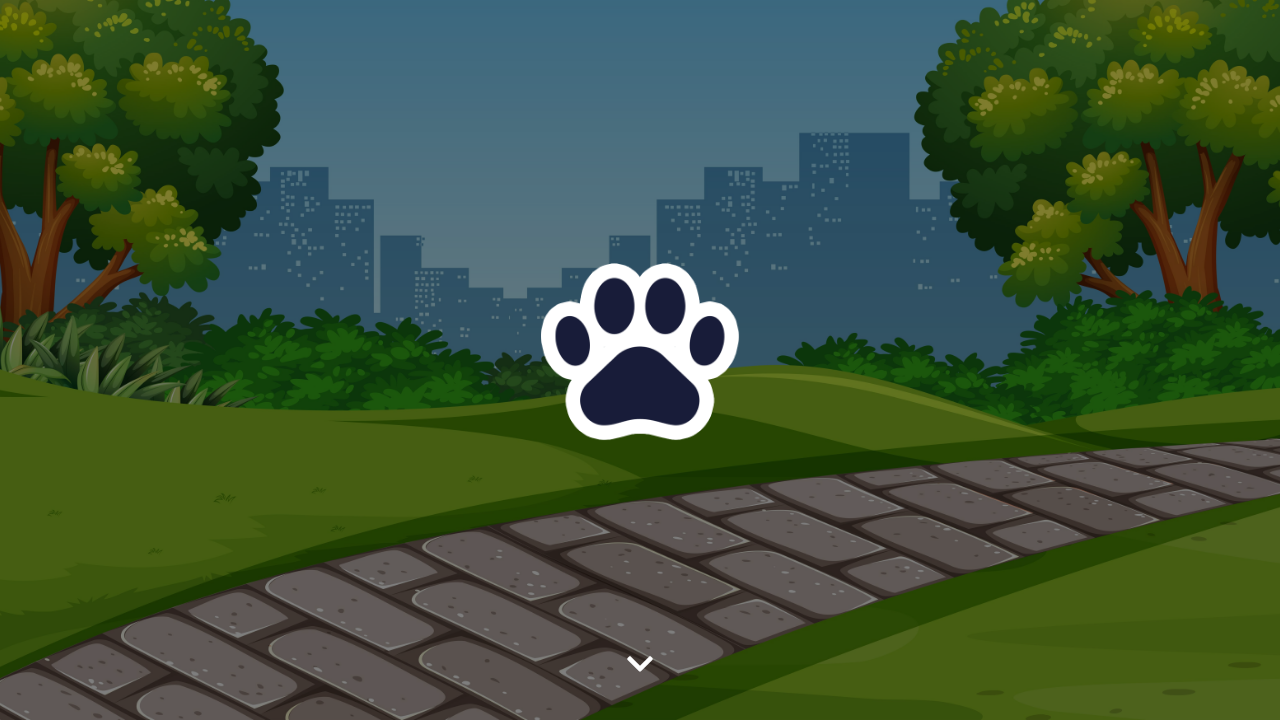
Repository: Emanuele-Sgroi/Pawfect-Diet-App-Showcase
Page: /
These files come from the project's save history. The page is drawn as it stood at one moment and after the next save; the edit follows.
The browser window is 1280 px wide. The pictures show the whole page.
The project was rebuilt for these pictures with package versions that can differ from the ones it lists, and the page was loaded fresh each time. The framework's server and built-in components were replaced by stand-ins that run in the browser. Also part of the build but not shown: next.config.mjs.

Above is the page before, as saved 2025-04-18 13:05:20.

### src/app/page.js
import HeroSection from "@/components/HeroSection";

export default function Home() {
  return (
    <main>
      <HeroSection />
    </main>
  );
}

### src/components/HeroSection.js
"use client";

import Image from "next/image";
import { Link as ScrollLink } from "react-scroll";
import { FaChevronDown } from "react-icons/fa";
import images from "@/utils/importImages";

export default function HeroSection() {
  return (
    <section
      id="hero"
      className="relative h-screen w-full flex flex-col justify-center items-center text-white"
    >
      {/* Background Image */}
      <Image
        src={images.hero_bg}
        alt="Hero Background"
        fill
        className="object-cover"
        priority
      />

      {/* Overlay */}
      <div className="absolute inset-0 bg-black/50 z-10" />

      {/* Centered Logo */}
      <div className="z-20 flex flex-col items-center">
        <Image
          src={images.logo_white}
          alt="App Logo"
          width={200}
          height={200}
          className="mb-4"
        />
      </div>

      {/* Scroll Arrow */}
      <ScrollLink
        to="about"
        smooth={true}
        duration={500}
        className="absolute bottom-10 z-20 cursor-pointer"
      >
        <FaChevronDown className="text-3xl animate-bounce" />
      </ScrollLink>
    </section>
  );
}

### src/utils/importImages.js
import hero_bg from "../../public/images/hero_bg.jpg";
import logo_white from "../../public/images/logo_white.png";

const images = { hero_bg, logo_white };

export default images;

Loaded but not shown: src/app/layout.js (common file); src/app/globals.css (common file)

After the next save:
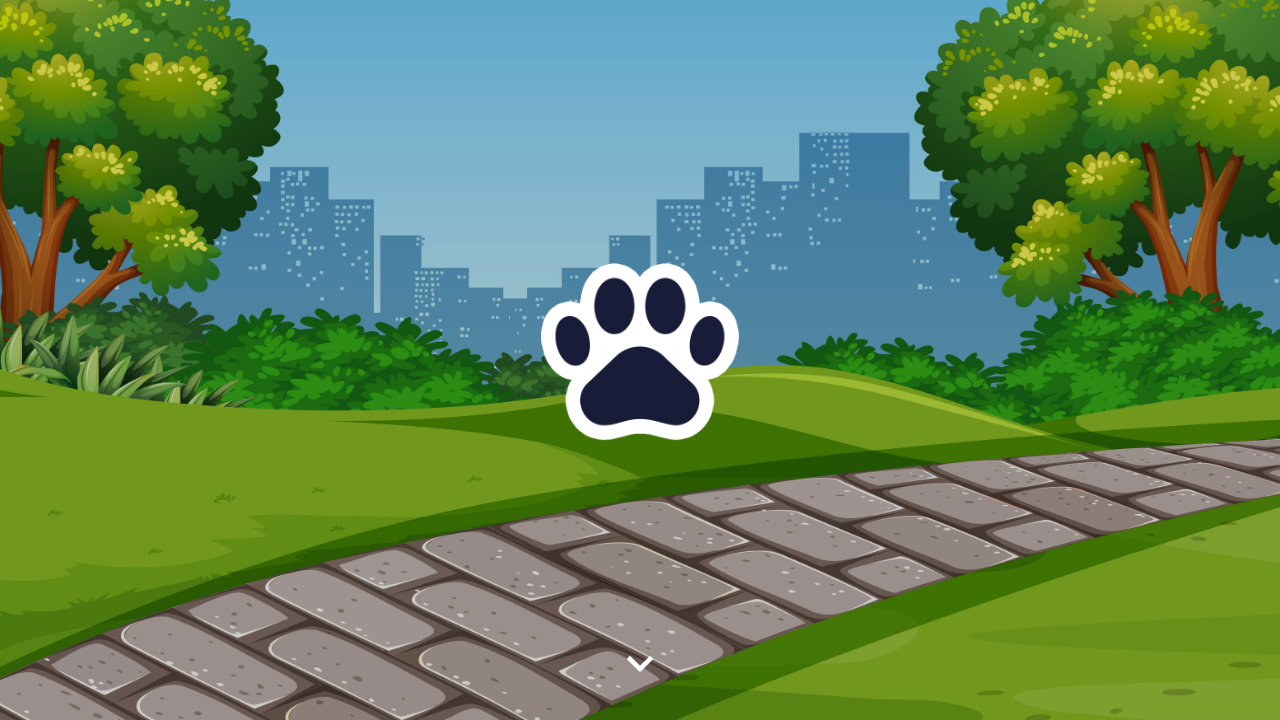
Saved 4 s later.
--- a/src/components/HeroSection.js
+++ b/src/components/HeroSection.js
@@ -21,7 +21,7 @@
       />
 
       {/* Overlay */}
-      <div className="absolute inset-0 bg-black/50 z-10" />
+      <div className="absolute inset-0 bg-black/20 z-10" />
 
       {/* Centered Logo */}
       <div className="z-20 flex flex-col items-center">
